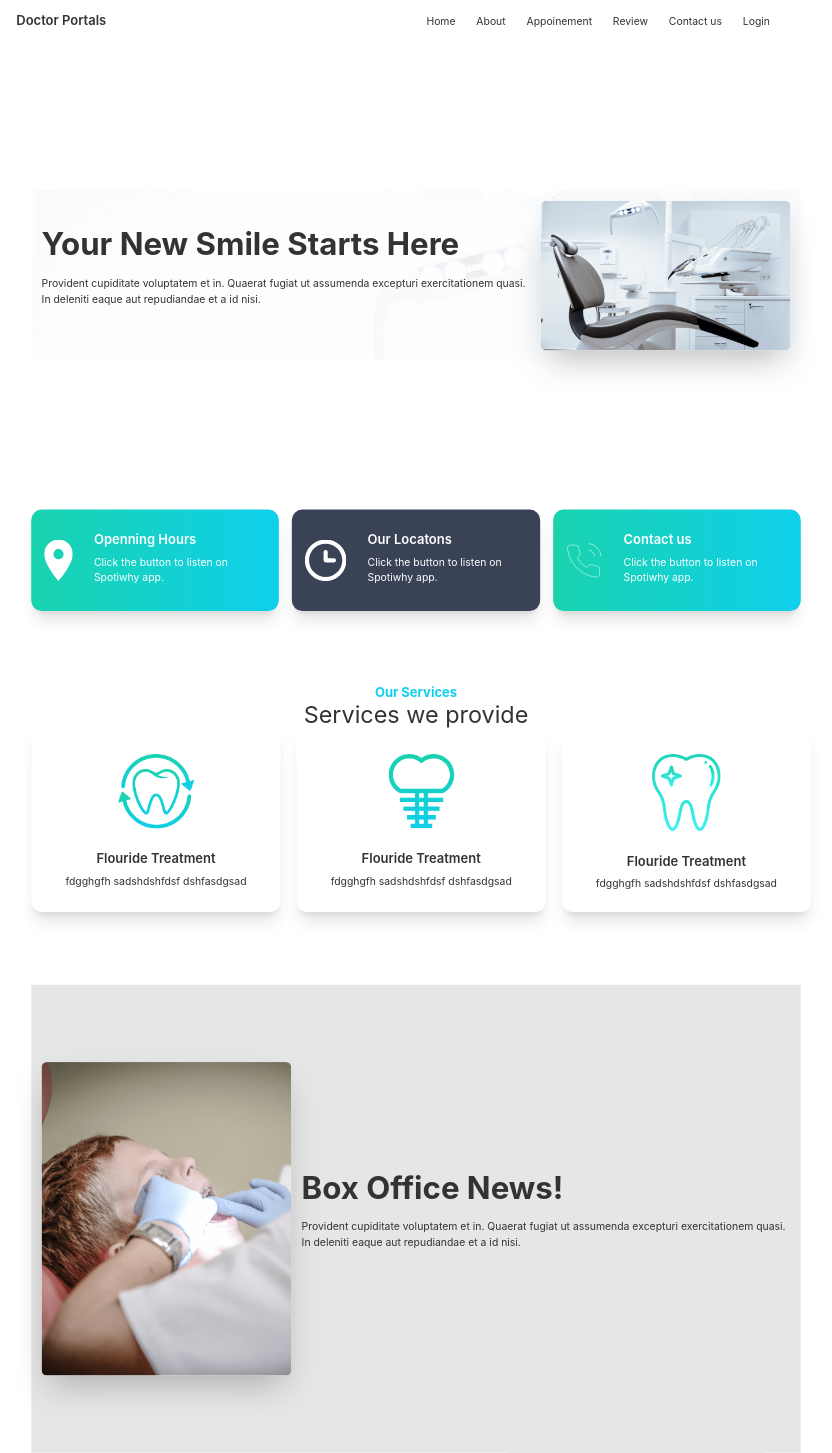
Repository: devsajid/doctors-portal-client
Page: /
An editor plug-in stored every save of this project. The page is shown before and after a run of saves, followed by the edit.
The browser window is 1280 px wide. The pictures show the whole page, at 65% of full size.
Backgrounds fixed to the window are drawn as part of the page. The project was rebuilt for these pictures with package versions that can differ from the ones it lists, and the page was loaded fresh each time. Also part of the build but not shown: src/App.css, src/Pages/About/About.js, src/Pages/Appoinment/Appoinment.js, src/Pages/Contact/Contact.js, src/Pages/Login/Login.js, src/Pages/Review/Review.js.

Above is the page before, as saved 2022-08-05 22:32:25.

After the next 6 saves:
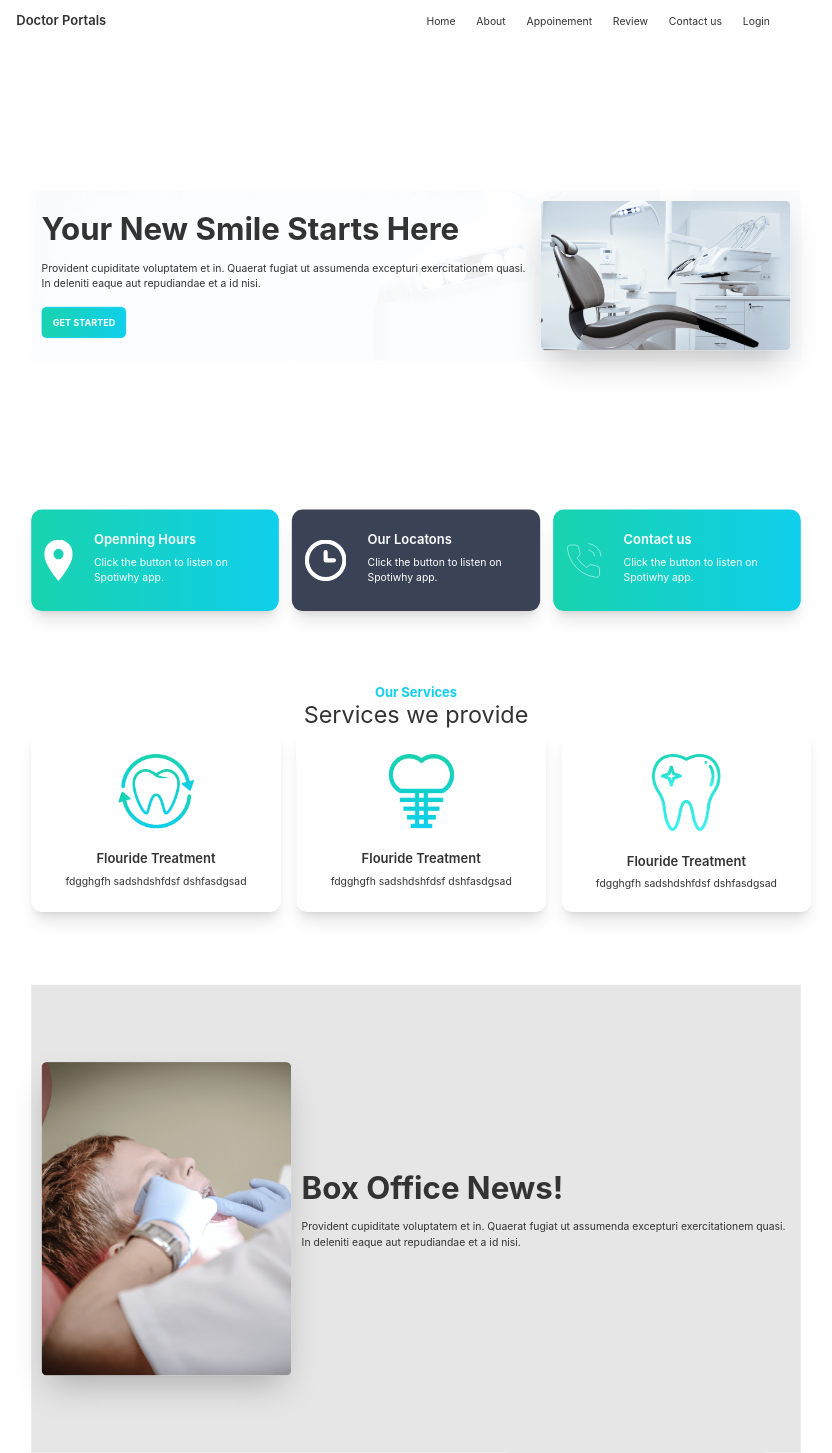
The 6 saves are shown as one change because 2 did not build or start and some came seconds apart.
The last was saved 53 s later.
--- a/src/Pages/Home/Banner/Banner.js
+++ b/src/Pages/Home/Banner/Banner.js
@@ -1,6 +1,7 @@
 import React from "react";
 import chair from "../../../assets/images/chair.png";
 import bg from "../../../assets/images/bg.png";
+import PrimaryButton from "../Share/Navbar/PrimaryButton/PrimaryButton";
 const Banner = () => {
   return (
     <div>
@@ -17,6 +18,7 @@ const Banner = () => {
               excepturi exercitationem quasi. In deleniti eaque aut repudiandae
               et a id nisi.
             </p>
+            <PrimaryButton></PrimaryButton>
           </div>
         </div>
       </div>
